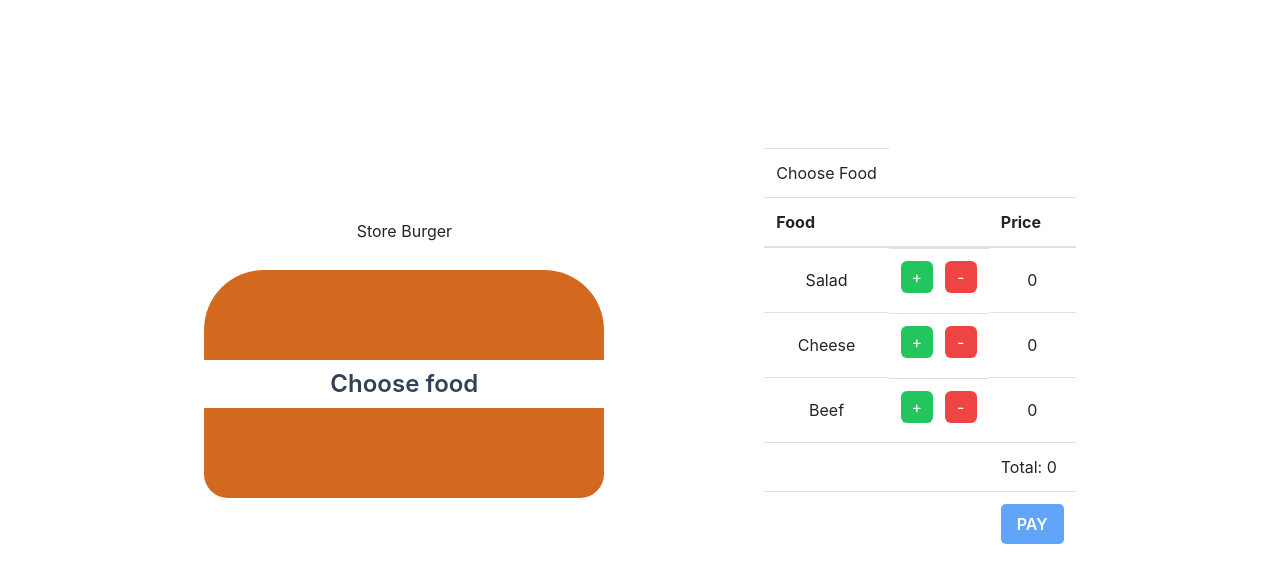
Repository: baobaodeveloper/bootcamp21_HuynhAnhBao_Burger
Page: /
The author's editor kept a copy of each file at every save. The page is drawn from the files as they stood at one save, then again after the next save.
The browser window is 1280 px wide. The pictures show the whole page.
The project was rebuilt for these pictures with package versions that can differ from the ones it lists, and the page was loaded fresh each time. Also part of the build but not shown: vite.config.js.

Above is the page before, as saved 2022-05-15 19:07:43.

After the next save:
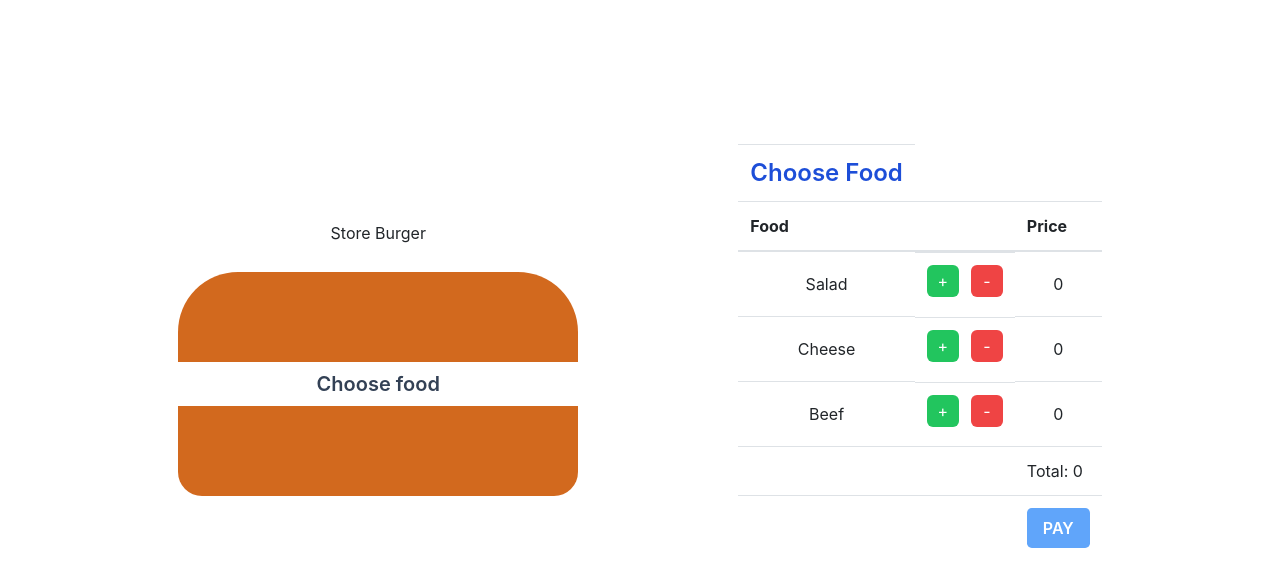
Saved 100 s later.
--- a/src/components/dataBuger/Burger.jsx
+++ b/src/components/dataBuger/Burger.jsx
@@ -27,7 +27,7 @@ export default function Burger() {
             <div className="bg-[#D2691E] w-full h-[60px] absolute top-0 left-0 -translate-y-[60px] rounded-tl-full rounded-tr-full"></div>
           </div>
           {dataRenderFood.length === 0 && (
-            <p className="rounded-t-none text-slate-700 text-2xl font-semibold">
+            <p className="rounded-t-none text-slate-700 text-xl font-semibold">
               Choose food
             </p>
           )}
@@ -47,7 +47,9 @@ export default function Burger() {
           <table className="table">
             <thead>
               <tr>
-                <td>Choose Food</td>
+                <td className="text-blue-700 text-2xl font-semibold ">
+                  Choose Food
+                </td>
               </tr>
               <tr>
                 <th scope="col">Food</th>
